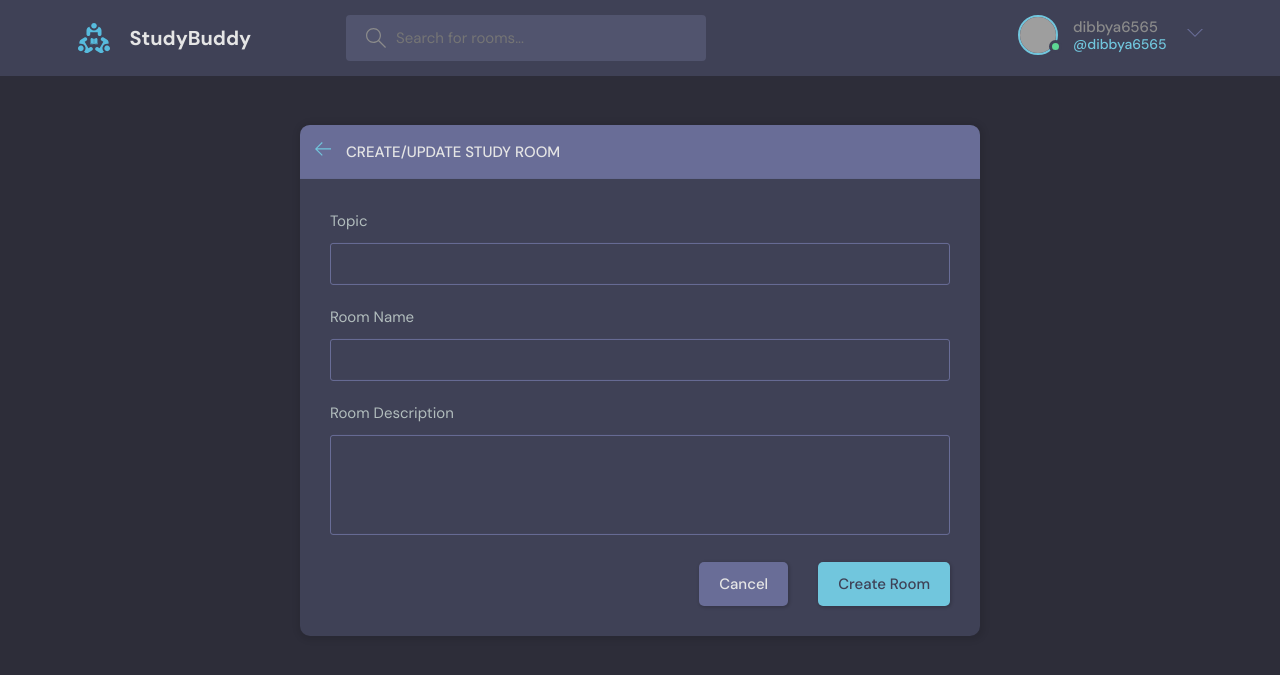
Repository: Dibbya65/Django-Basic
Page: http://localhost/create/room/
These files come from the project's save history. The page is drawn as it stood at one moment and after the next save; the edit follows.
The browser window is 1280 px wide. The pictures show the whole page.
Pictures or frames that could not be fetched are drawn as grey boxes. The page is served by the project's application, run on Django 3.2 (manage.py). The first stored user is signed in. The page reads the database file committed with the project.

Above is the page before, as saved 2021-11-20 02:40:05.

After the next save:
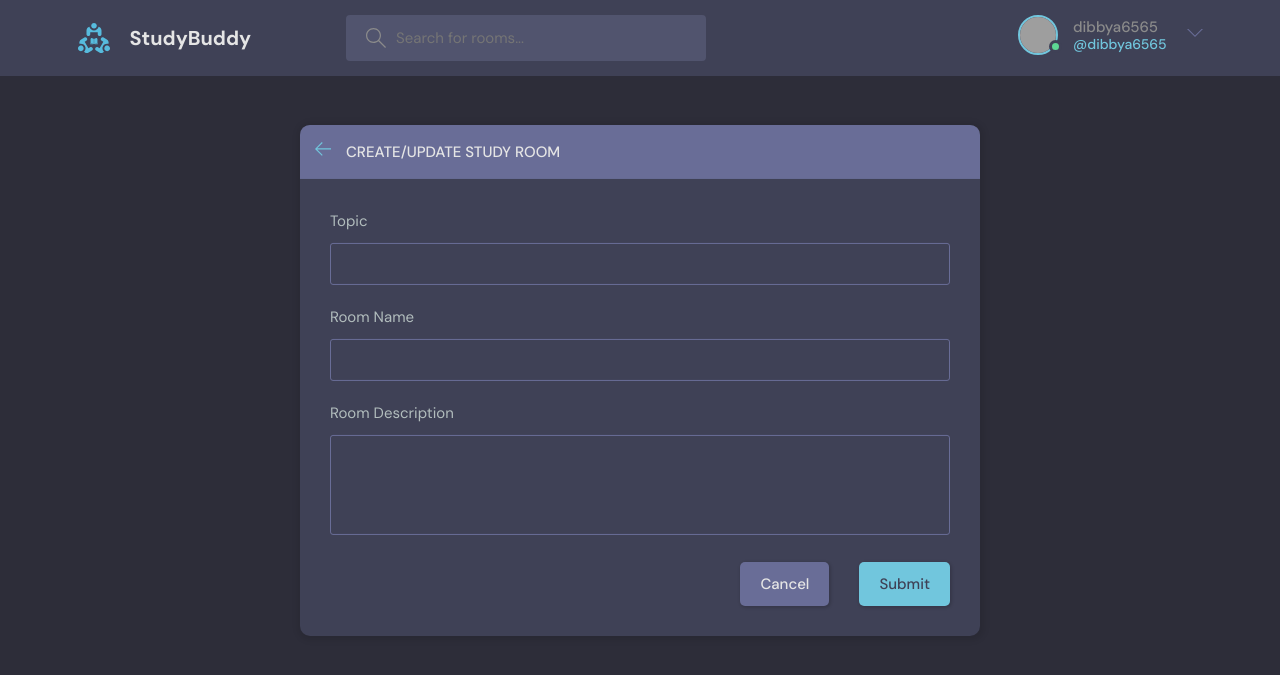
Saved 2 min 1 s later.
--- a/base/templates/base/room_form.html
+++ b/base/templates/base/room_form.html
@@ -71,7 +71,7 @@
 
                     <div class="form__action">
                         <a class="btn btn--dark" href="{% url 'home' %}">Cancel</a>
-                        <button class="btn btn--main" type="submit">Create Room</button>
+                        <button class="btn btn--main" type="submit">Submit</button>
                     </div>
                 </form>
             </div>
